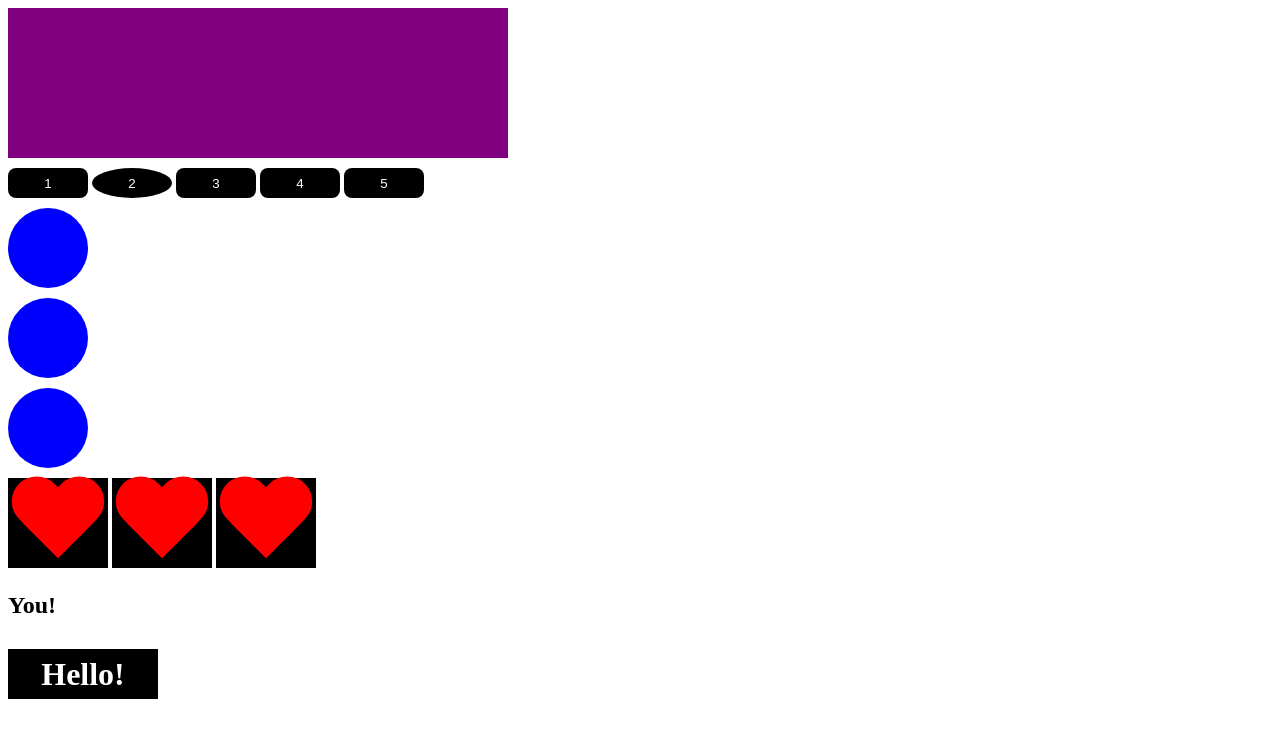
Repository: armus503/First_homework
Page: index2.html
These files come from the project's save history. The page is drawn as it stood at one moment and after the next save; the edit follows.
The browser window is 1280 px wide. The pictures show the whole page.

Above is the page before, as saved 2021-08-26 23:17:21.

After the next save:
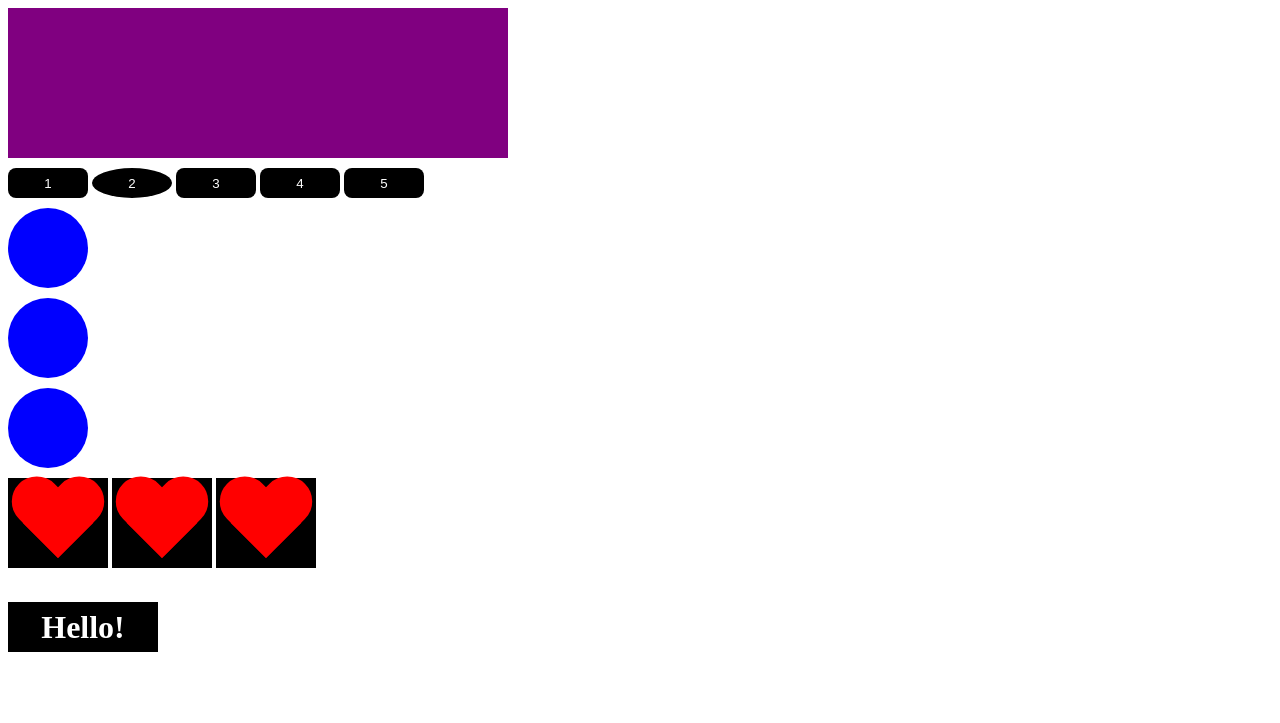
Saved 49 s later.
--- a/script2.js
+++ b/script2.js
@@ -88,4 +88,4 @@ div.innerHTML = '<h1>Hello!</h1>'; //добавить HTML-элемент с т
 //в целях безоапсности - только текст без тегов!!!!!
 
 //3)метод insertAdjacentHTML
-div.insertAdjacentHTML('beforebegin', '<h2>You!</h2>');
+div.insertAdjacentHTML('beforeend', '<h2>You!</h2>');
